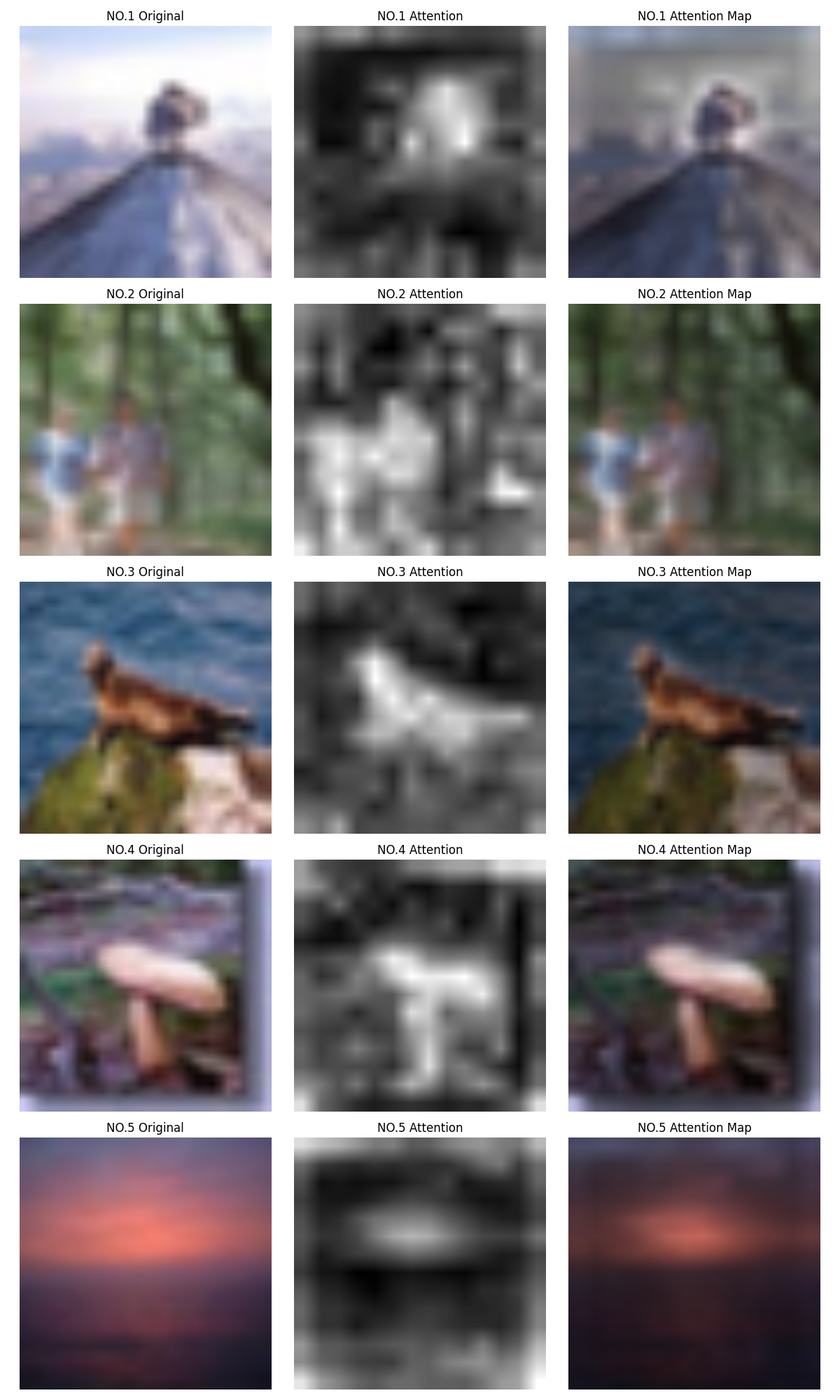
Repository: ginnux/vit
Script's output: python figure/visual.py
The author's editor kept a copy of each file at every save. The script's output is drawn from the files as they stood at one save, then again after the next save.
The pictures are shown at 70% of full size.
Random numbers start from a fixed seed. It also reads figure/visualize.pkl.

Above is the script's output before, as saved 2024-06-24 22:35:01.

### figure/visual.py
import pickle
import numpy as np
import matplotlib.pyplot as plt

# Load data
with open("figure/visualize.pkl", "rb") as f:
    data = pickle.load(f)

# Plot
im_list, mask_list, result_list = data

plt.rcParams["font.size"] = 10
plt.rcParams["font.family"] = "Times New Roman"
num = len(im_list)

plt.figure(figsize=(12, 4 * num))

for i in range(num):
    im = im_list[i]
    mask = mask_list[i]
    result = result_list[i]

    plt.subplot(num, 3, 3 * i + 1)
    plt.axis("off")
    plt.title(f"NO.{i+1} Original")
    plt.imshow(im)

    plt.subplot(num, 3, 3 * i + 2)
    plt.axis("off")
    plt.title(f"NO.{i+1} Attention")
    plt.imshow(mask, cmap="gray")

    plt.subplot(num, 3, 3 * i + 3)
    plt.axis("off")
    plt.title(f"NO.{i+1} Attention Map")
    plt.imshow(result)

plt.tight_layout()
plt.show()

After the next save:
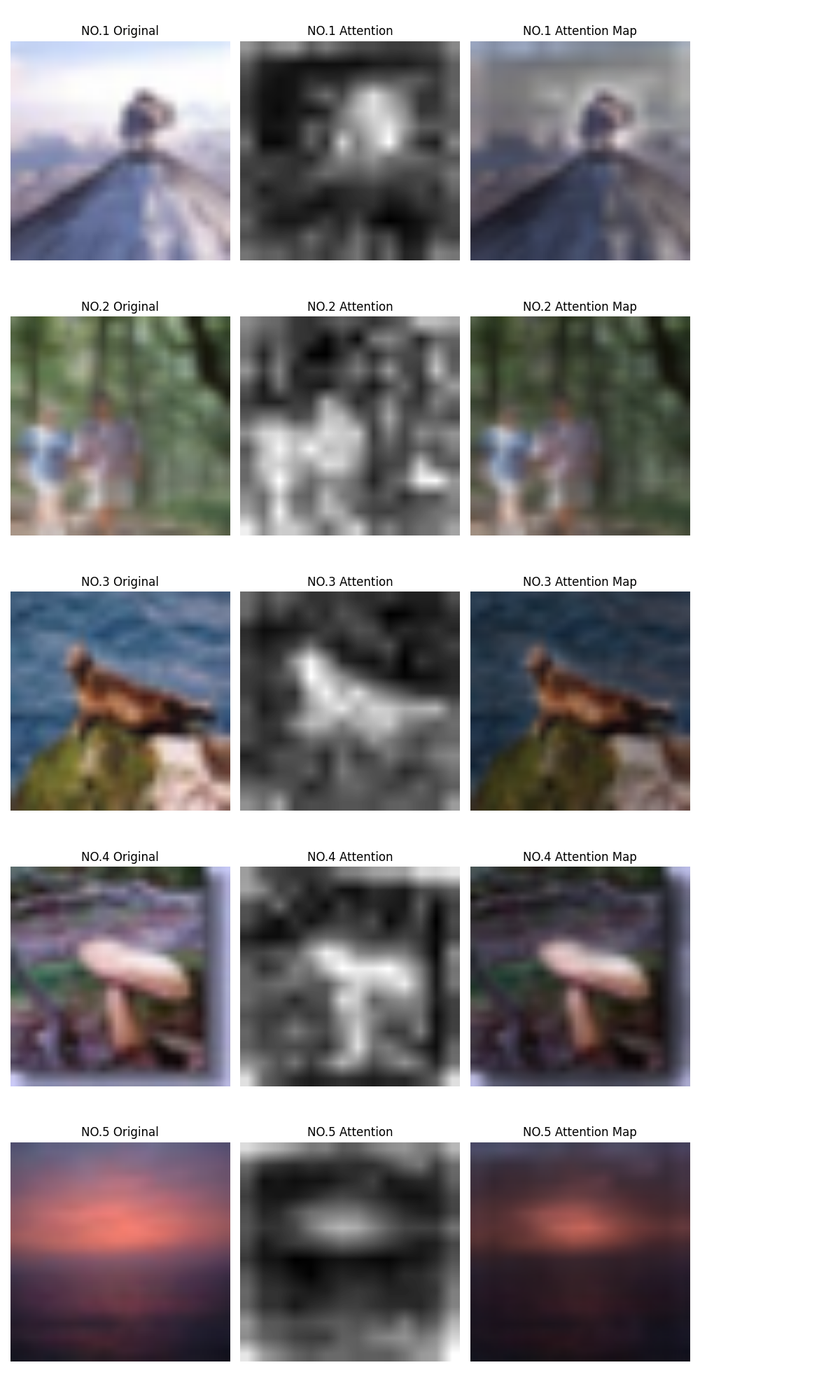
Saved 9 s later.
--- a/figure/visual.py
+++ b/figure/visual.py
@@ -13,7 +13,7 @@ plt.rcParams["font.size"] = 10
 plt.rcParams["font.family"] = "Times New Roman"
 num = len(im_list)
 
-plt.figure(figsize=(12, 4 * num))
+plt.figure(figsize=(10, 4 * num))
 
 for i in range(num):
     im = im_list[i]
